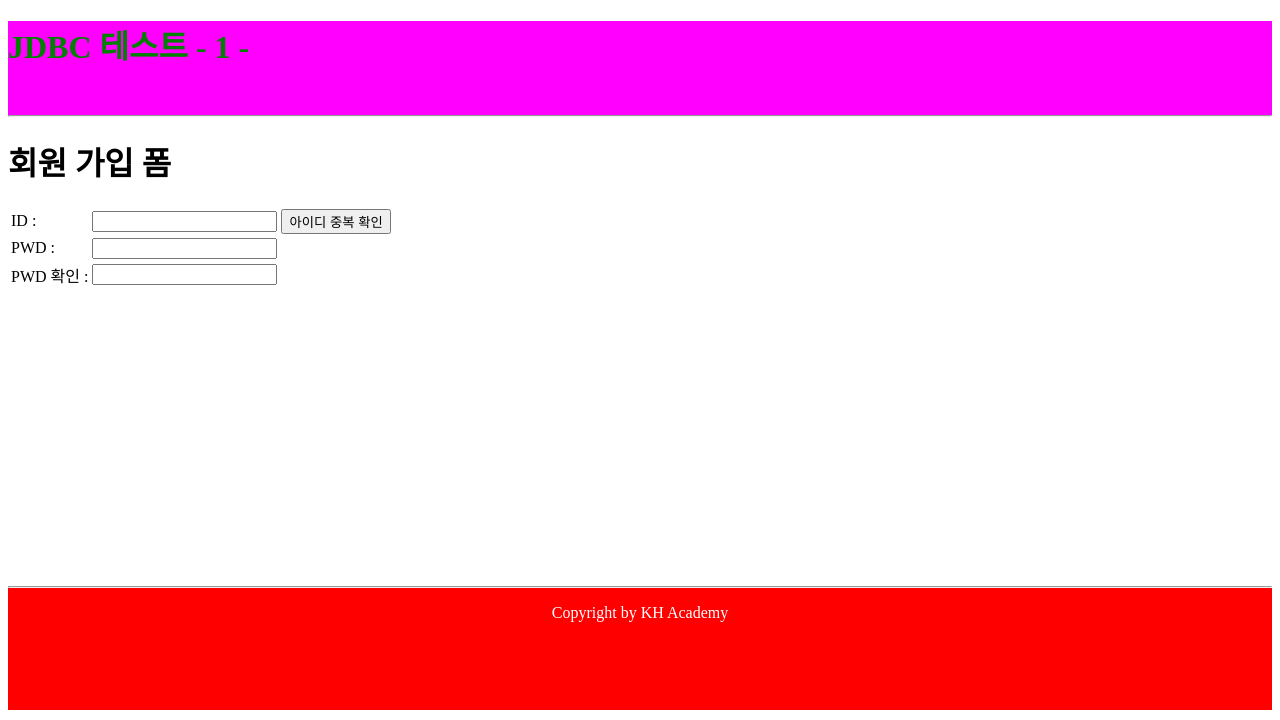
Repository: steeveelee2/WEB_Study
Page: http://localhost/JDBC1Project/views/member/memberJoin.jsp
These files come from the project's save history. The page is drawn as it stood at one moment and after the next save; the edit follows.
The browser window is 1280 px wide. The pictures show the whole page.
The page is served by Tomcat 9. Other server files are loaded and not shown.

Above is the page before, as saved 2018-10-16 04:55:13.

### webWorkspace/JDBC1Project/web/views/member/memberJoin.jsp
<%@ page language="java" contentType="text/html; charset=UTF-8"
    pageEncoding="UTF-8"%>
<!DOCTYPE html>
<html>
<head>
<meta charset="UTF-8">
<title>회원가입 폼</title>
</head>
<body>
	<%@ include file="/views/common/header.jsp" %>

	<h1>회원 가입 폼</h1>

	<form action="/jdbc1/mInsert.do" method="post">

		<table>

			<tr>
				<td>ID : </td>
				<td><input type="text" name="userId"/></td>
				<td><button type="button" id="dupBtn">아이디 중복 확인</button></td>
			</tr>
			<tr>
				<td>PWD : </td>
				<td><input type="password" name="userPwd" id="userPwd"/></td>
				<td></td>
			</tr>
			<tr>
				<td>PWD 확인 : </td>
				<td><input type="password" name="userPwd2" id="userPwd2"/></td>
				<td></td>
			</tr>

		</table>

	</form>

	<%@ include file="/views/common/footer.jsp" %>
</body>
</html>

### webWorkspace/JDBC1Project/web/views/common/header.jsp
<%@ page language="java" contentType="text/html; charset=UTF-8"
    pageEncoding="UTF-8"%>
<header style="background:magenta; color:green;">
	<h1>JDBC 테스트 - 1 -</h1>
	<br>
	<hr>
</header>

### webWorkspace/JDBC1Project/web/views/common/footer.jsp
<%@ page language="java" contentType="text/html; charset=UTF-8"
    pageEncoding="UTF-8"%>
<br><br><br><br>
<br><br><br><br>
<br><br><br><br>
<br><br><br><br>

<footer style="background:red; color:white;">
	<hr>
	<p align="center">
		Copyright by KH Academy
	</p>
	<br><br>
	<br><br>
</footer>

After the next save:
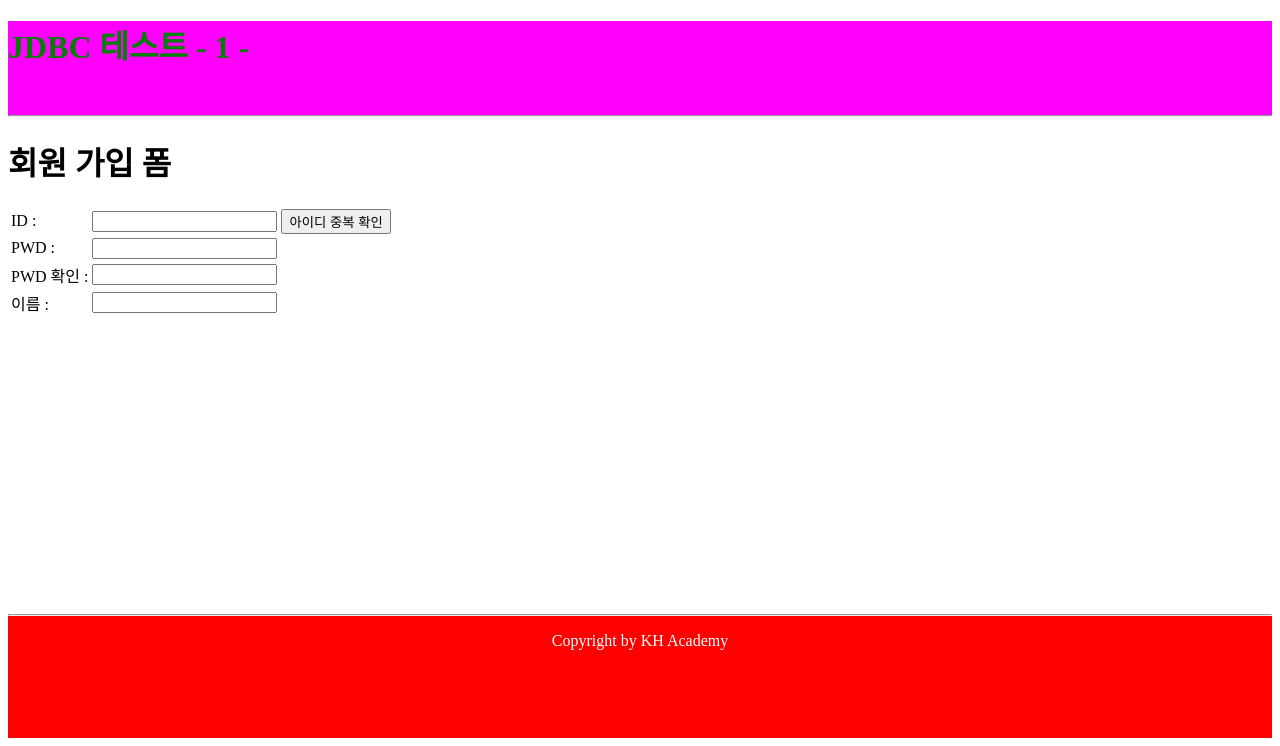
Saved 14 min 32 s later.
--- a/webWorkspace/JDBC1Project/web/views/member/memberJoin.jsp
+++ b/webWorkspace/JDBC1Project/web/views/member/memberJoin.jsp
@@ -30,6 +30,11 @@
 				<td><input type="password" name="userPwd2" id="userPwd2"/></td>
 				<td></td>
 			</tr>
+			<tr>
+				<td>이름 : </td>
+				<td><input type="text" name="userName"/></td>
+				<td></td>
+			</tr>
 
 		</table>
 
